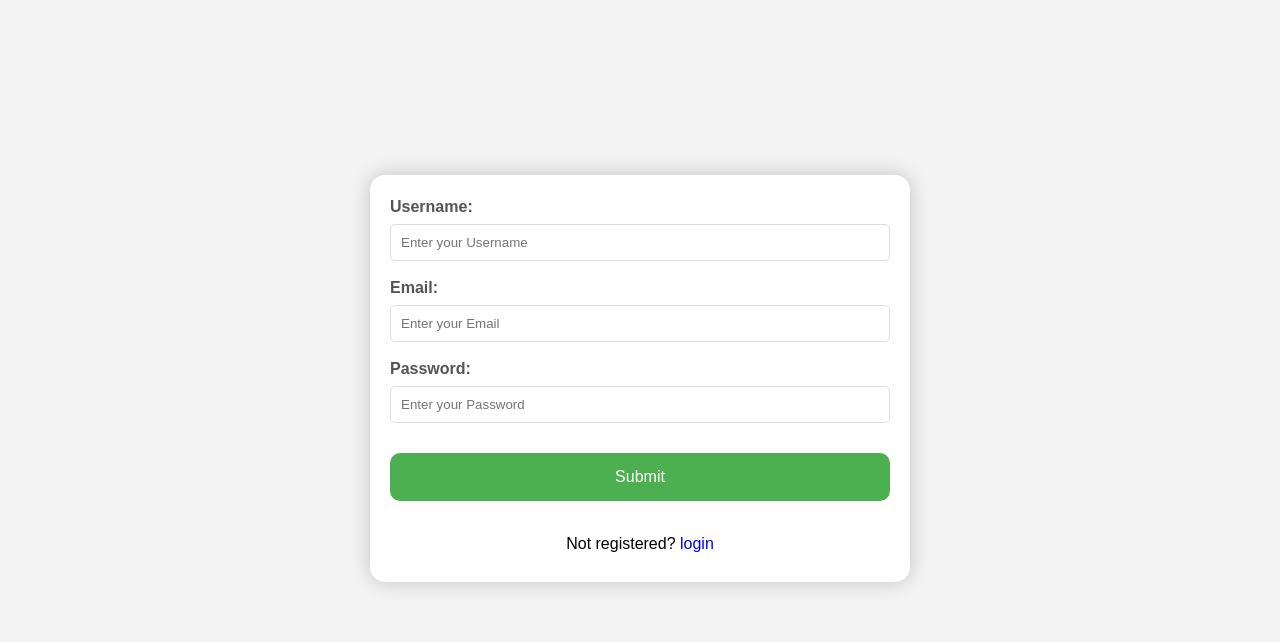
Repository: alizey12/Regestratin-Form-js
Page: regester.html
The author's editor kept a copy of each file at every save. The page is drawn from the files as they stood at one save, then again after the next save.
The browser window is 1280 px wide. The pictures show the whole page.

Above is the page before, as saved 2024-11-29 13:36:13.

After the next save:
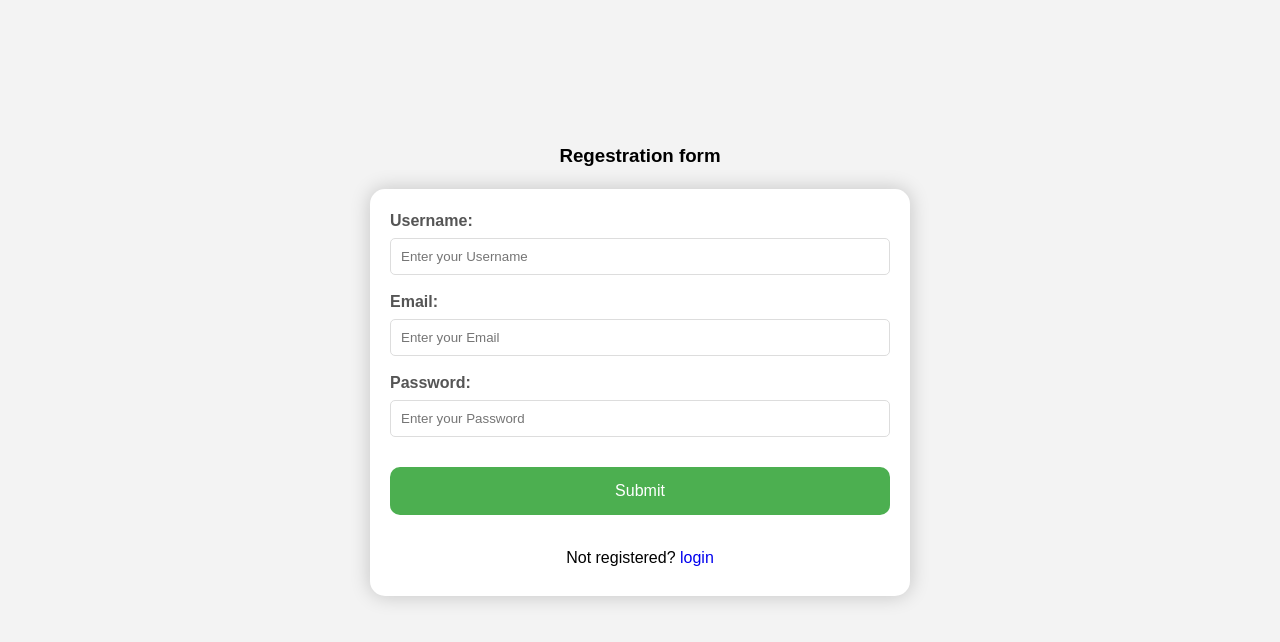
Saved 1 s later.
--- a/regester.html
+++ b/regester.html
@@ -7,7 +7,7 @@
     <title>Regestration form</title>
 </head>
 <body>
-<h3></h3>
+<h3>Regestration form</h3>
     <div class="main">
 
 
